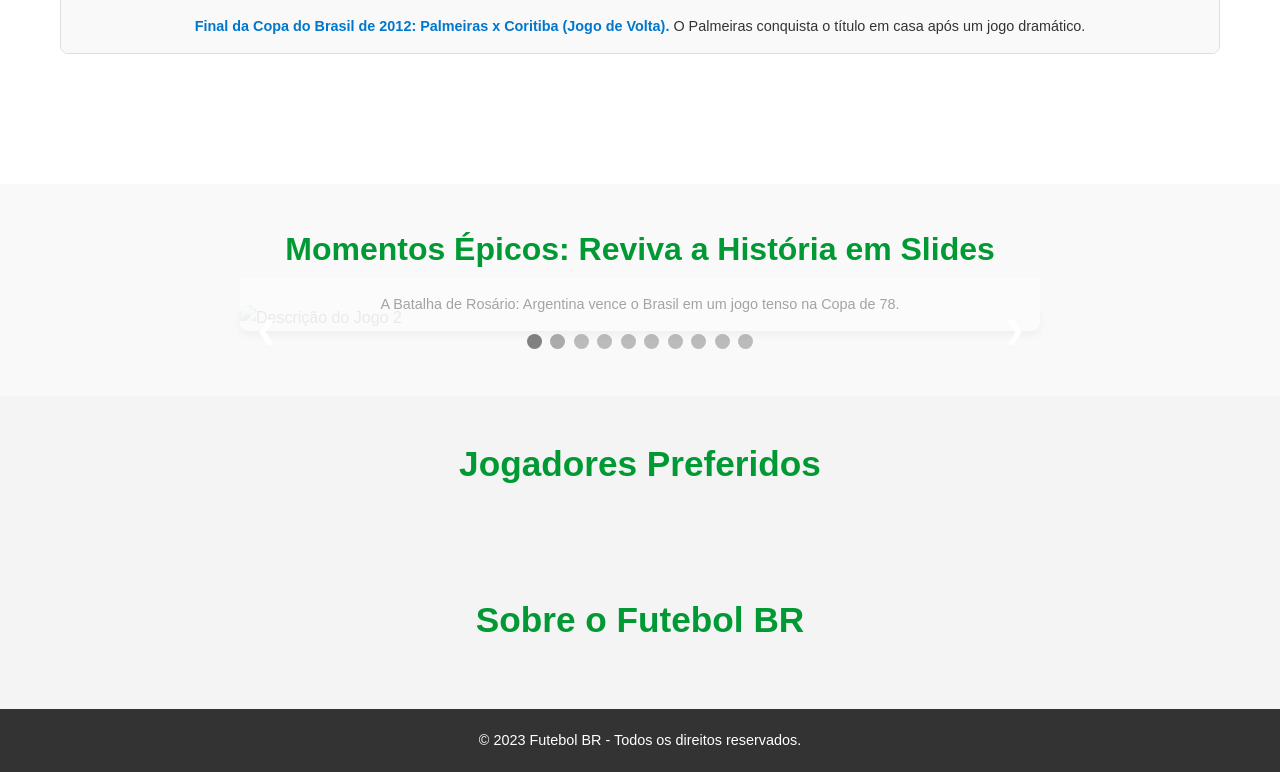
Repository: douglasabnovato/futebol-br
Page: index.html
These files come from the project's save history. The page is drawn as it stood at one moment and after the next save; the edit follows.
The browser window is 1280 px wide. The pictures show the part of the page from y = 3251 to 4023 px (the page is 4023 px tall).

Above is the page before, as saved 2025-04-13 18:14:58.
Not found: assets/jogos-historicos/jogo1.jpg
Not found: assets/jogos-historicos/jogo10.jpg
Not found: assets/jogos-historicos/jogo2.jpg

After the next save:
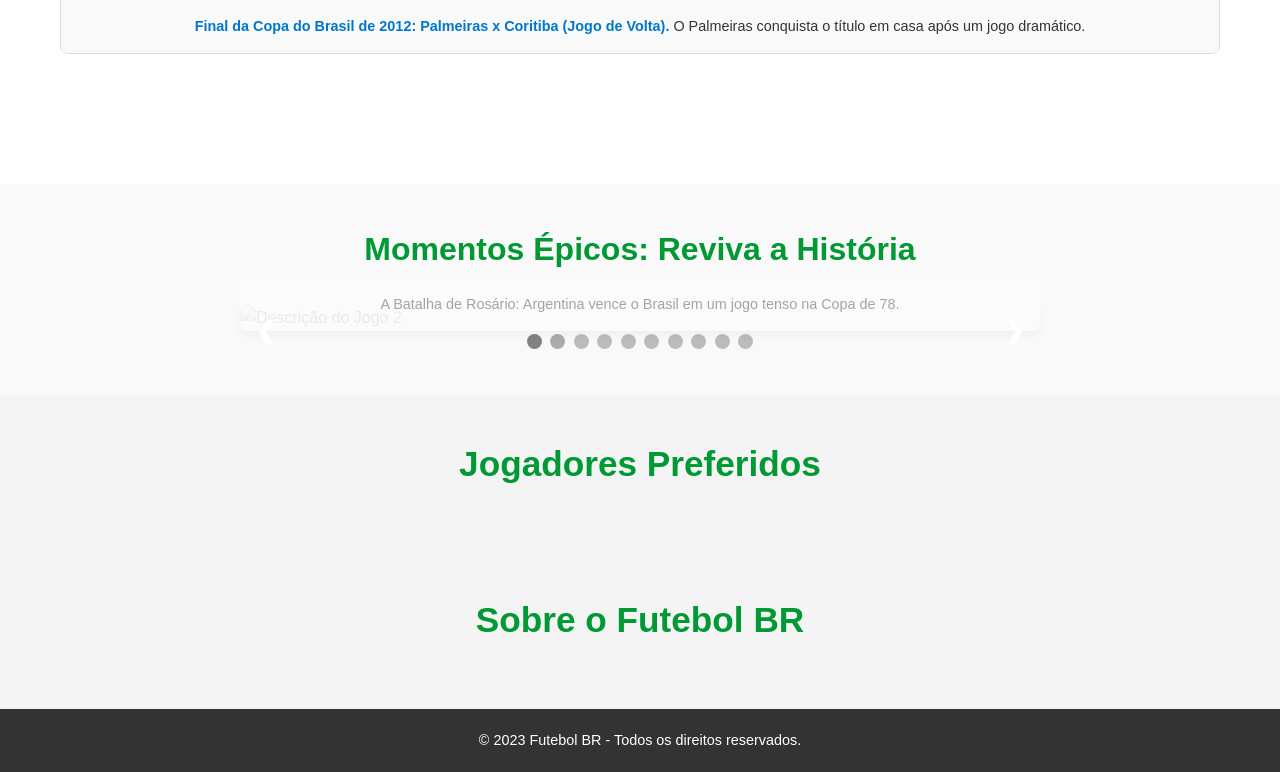
Saved 5 min 48 s later.
--- a/index.html
+++ b/index.html
@@ -181,7 +181,7 @@
 
       <section id="jogos-historicos-slideshow" class="section">
         <div class="container">
-          <h2>Momentos Épicos: Reviva a História em Slides</h2>
+          <h2>Momentos Épicos: Reviva a História </h2>
           <div class="slideshow-container">
             <div class="slide fade">
               <img
@@ -189,8 +189,11 @@
                 alt="Descrição do Jogo 1"
               />
               <div class="caption">
-                Final da Copa de 70: Brasil conquista o tricampeonato com Pelé
-                brilhando.
+                <p>Final da Copa de 70: Brasil conquista o tricampeonato com Pelé
+                brilhando.</p>
+                <p>
+                  The Maracanã Stadium in Rio de Janeiro, Brazil, during a match
+                </p>
               </div>
             </div>
 
